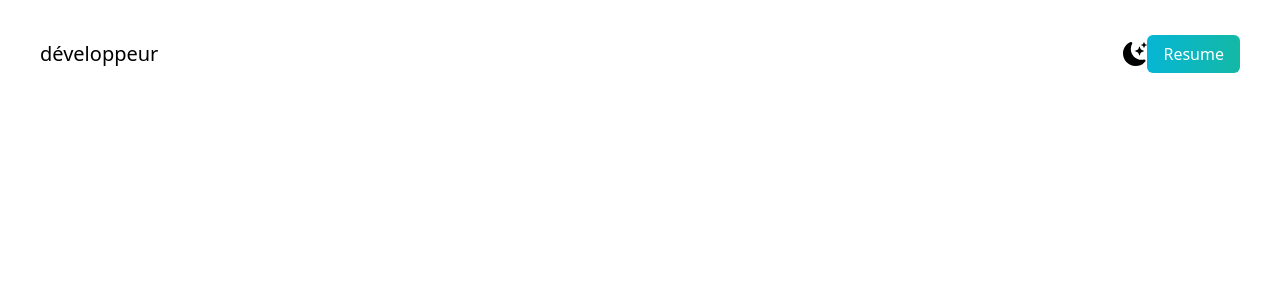
Repository: Jean-MarcG/portfoli_next
Page: /
An editor plug-in stored every save of this project. The page is shown before and after the next save, followed by the edit.
The browser window is 1280 px wide. The pictures show the whole page.
The project was rebuilt for these pictures with package versions that can differ from the ones it lists, and the page was loaded fresh each time. The framework's server and built-in components were replaced by stand-ins that run in the browser. Also part of the build but not shown: next.config.js.

Above is the page before, as saved 2023-04-01 17:18:03.

### pages/index.js
import Head from 'next/head';
import {BsFillMoonStarsFill} from 'react-icons/bs';

export default function Home() {
  return (
    <>
    <Head>
    <title>Jean-Marc Gagnebien Portfolio</title>
    <meta name="description" content="Generated by create next app" />
    <meta name="viewport" content="width=device-width, initial-scale=1" />
    <link rel="icon" href="/favicon.ico" />
    </Head>
    <main className='bg-white px-10 '>
      <section className='min-h-screen'>
        <nav className='py-10 mb-12 flex justify-between'>
          <h1 className='text-xl'>développeur</h1>
            <ul className='flex items-center'>
              <li>
                <BsFillMoonStarsFill className='cursor-pointer text-2xl'/>
              </li>
              <li>
                <a className='bg-gradient-to-r from-cyan-500 to-teal-500 text-white px-4 py-2 rounded-md' href='#'>Resume</a>
              </li>
            </ul>
        </nav>
      </section>
    </main>
    </>
    )
  }

### styles/globals.css
@tailwind base;
@tailwind components;
@tailwind utilities;

* {
  box-sizing: border-box;
  padding: 0;
  margin: 0;
}

html,
body {
  max-width: 100vw;
  overflow-x: hidden;
}

body {
  color: rgb(var(--foreground-rgb));
  background: linear-gradient(
      to bottom,
      transparent,
      rgb(var(--background-end-rgb))
    )
    rgb(var(--background-start-rgb));
}

a {
  color: inherit;
  text-decoration: none;
}

@font-face {
  font-family: "burtons";
  src: url(../public/Burtons.otf);
}

### tailwind.config.js
/** @type {import('tailwindcss').Config} */
module.exports = {
  content: [
    "./app/**/*.{js,ts,jsx,tsx}",
    "./pages/**/*.{js,ts,jsx,tsx}",
    "./components/**/*.{js,ts,jsx,tsx}",

    // Or if using `src` directory:
    "./src/**/*.{js,ts,jsx,tsx}",
  ],
  theme: {
    extend: {
      fontFamily: {
        burtons: 'burtons',
      }
    },
  },
  plugins: [],
}

Loaded but not shown: pages/_app.js (common file); pages/_document.js (common file)

After the next save:
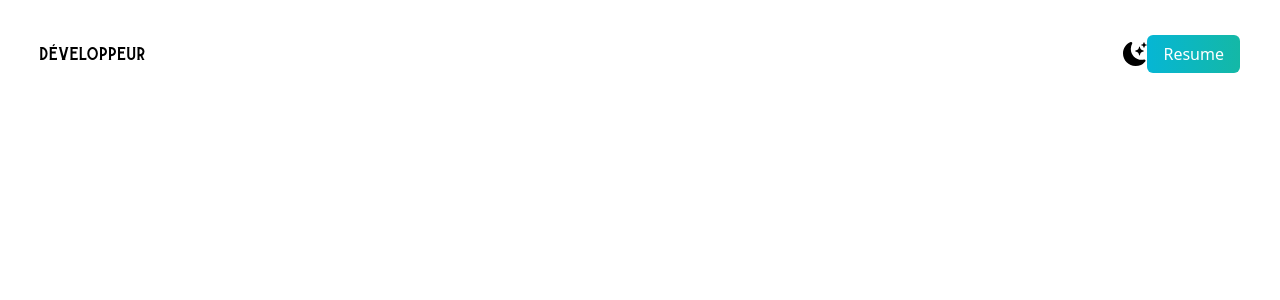
Saved 43 s later.
--- a/pages/index.js
+++ b/pages/index.js
@@ -13,7 +13,7 @@
     <main className='bg-white px-10 '>
       <section className='min-h-screen'>
         <nav className='py-10 mb-12 flex justify-between'>
-          <h1 className='text-xl'>développeur</h1>
+          <h1 className='text-xl font-burtons'>développeur</h1>
             <ul className='flex items-center'>
               <li>
                 <BsFillMoonStarsFill className='cursor-pointer text-2xl'/>
